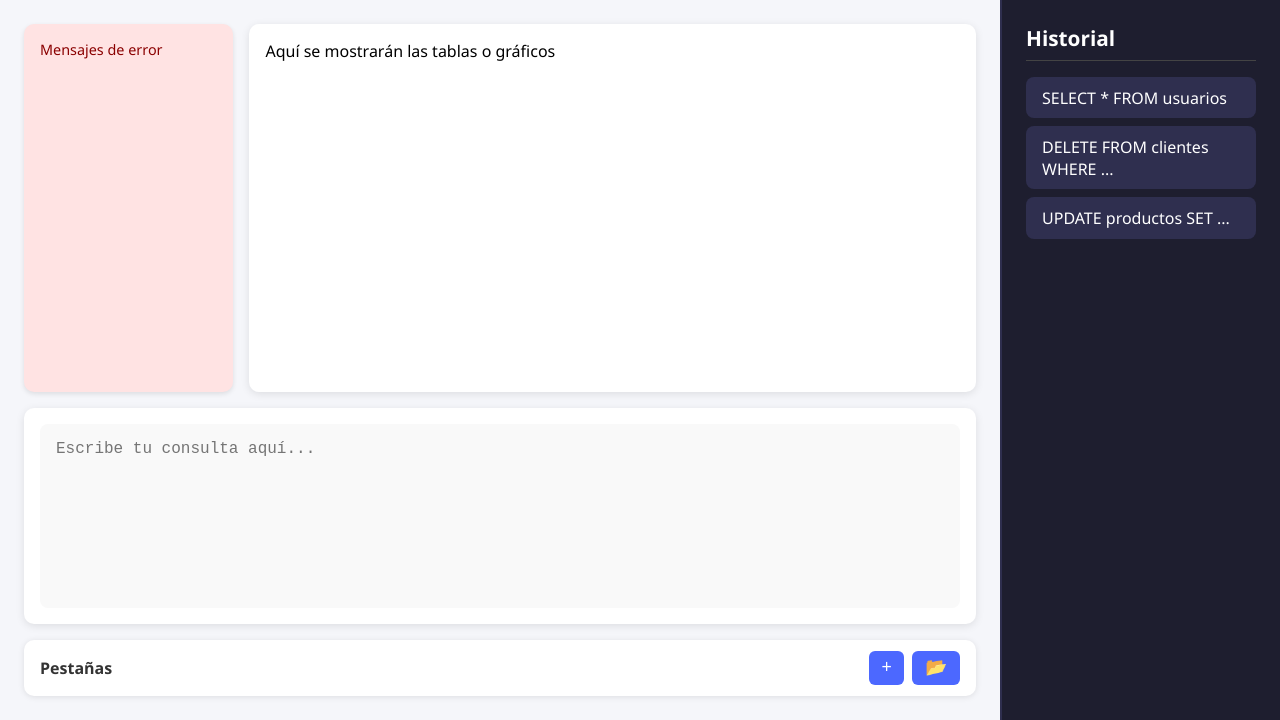
Repository: isaAJ05/Final-Project-FullDB
Page: /
The author's editor kept a copy of each file at every save. The page is drawn from the files as they stood at one save, then again after the next save.
The browser window is 1280 px wide. The pictures show the whole page.
The project was rebuilt for these pictures with package versions that can differ from the ones it lists, and the page was loaded fresh each time.

Above is the page before, as saved 2025-05-28 02:22:35.

### src/App.js
import './App.css';

function App() {
  return (
    <div className="app-container">
      {/* Panel principal */}
      <div className="main-content">

        {/* Zona superior (Errores + Resultado) */}
        <div className="top-section">
          <div className="errors-panel">Mensajes de error</div>
          <div className="results-panel">Aquí se mostrarán las tablas o gráficos</div>
        </div>

        {/* Input de query */}
        <div className="query-input">
          <textarea placeholder="Escribe tu consulta aquí..." />
        </div>

        {/* Pestañas y botones */}
        <div className="tab-bar">
          <div className="tabs">Pestañas</div>
          <div className="buttons">
            <button>+</button>
            <button>📂</button>
          </div>
        </div>
      </div>

      {/* Menú lateral derecho */}
      <div className="side-menu">
        <h3>Historial</h3>
        <ul>
          <li>SELECT * FROM usuarios</li>
          <li>DELETE FROM clientes WHERE ...</li>
          <li>UPDATE productos SET ...</li>
        </ul>
      </div>
    </div>
  );
}

export default App;

### src/App.css
/* Reset y configuración base */
* {
  margin: 0;
  padding: 0;
  box-sizing: border-box;
}

body, html, #root {
  height: 100%;
  font-family: 'Segoe UI', Tahoma, Geneva, Verdana, sans-serif;
  background-color: #f5f6fa;
  overflow: hidden;
}

.app-container {
  display: flex;
  height: 100vh;
  width: 100vw;
}

/* ======= Menú lateral derecho (Historial) ======= */
.side-menu {
  width: 280px;
  background-color: #1e1e2f;
  color: white;
  padding: 1.5rem;
  display: flex;
  flex-direction: column;
  border-left: 2px solid #2f2f4f;
}

.side-menu h3 {
  margin-bottom: 1rem;
  font-size: 1.3rem;
  border-bottom: 1px solid #444;
  padding-bottom: 0.5rem;
}

.side-menu ul {
  list-style: none;
  padding: 0;
  flex-grow: 1;
  overflow-y: auto;
}

.side-menu li {
  padding: 0.6rem 1rem;
  margin-bottom: 0.5rem;
  background-color: #2f2f4f;
  border-radius: 8px;
  cursor: pointer;
  transition: background 0.2s ease;
}

.side-menu li:hover {
  background-color: #3f3f6b;
}

/* ======= Contenido Principal ======= */
.main-content {
  flex: 1;
  display: flex;
  flex-direction: column;
  padding: 1.5rem;
  gap: 1rem;
  overflow: hidden;
}

/* Parte superior: errores y resultados */
.top-section {
  display: flex;
  flex: 2;
  gap: 1rem;
  min-height: 40%;
}

/* Panel de errores */
.errors-panel {
  width: 22%;
  background-color: #ffe3e3;
  color: #8b0000;
  padding: 1rem;
  border-radius: 10px;
  box-shadow: 0 2px 5px rgba(0,0,0,0.1);
  font-size: 0.9rem;
  overflow-y: auto;
}

/* Panel de resultados (tablas/gráficas) */
.results-panel {
  flex: 1;
  background-color: white;
  padding: 1rem;
  border-radius: 10px;
  box-shadow: 0 2px 8px rgba(0,0,0,0.1);
  overflow-y: auto;
}

/* Área de input (querys) */
.query-input {
  flex: 1;
  background-color: white;
  padding: 1rem;
  border-radius: 10px;
  box-shadow: 0 2px 8px rgba(0,0,0,0.1);
}

.query-input textarea {
  width: 100%;
  height: 100%;
  border: none;
  outline: none;
  resize: none;
  font-size: 1rem;
  font-family: 'Courier New', Courier, monospace;
  color: #333;
  background-color: #f9f9f9;
  padding: 1rem;
  border-radius: 8px;
}

/* Pestañas y controles */
.tab-bar {
  display: flex;
  justify-content: space-between;
  align-items: center;
  background-color: white;
  padding: 0.7rem 1rem;
  border-radius: 10px;
  box-shadow: 0 1px 6px rgba(0,0,0,0.1);
}

.tabs {
  font-weight: 600;
  color: #333;
}

.buttons button {
  background-color: #4c68ff;
  border: none;
  color: white;
  font-size: 1.1rem;
  padding: 0.4rem 0.8rem;
  margin-left: 0.5rem;
  border-radius: 6px;
  cursor: pointer;
  transition: background 0.2s ease;
}

.buttons button:hover {
  background-color: #3548d4;
}

Loaded but not shown: public/index.html (common file); src/index.js (common file); src/index.css (common file); src/reportWebVitals.js (common file)

After the next save:
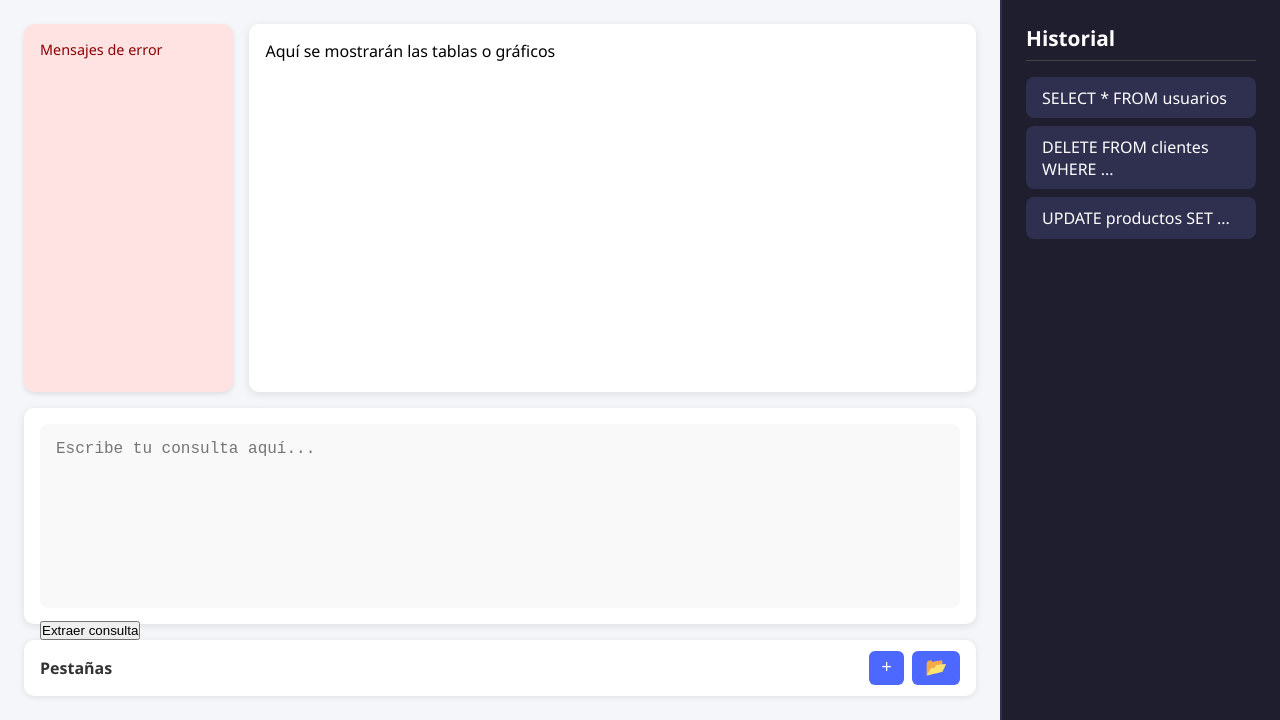
Saved 14 min 23 s later.
--- a/src/App.js
+++ b/src/App.js
@@ -1,6 +1,15 @@
+import React, { useState } from 'react';
 import './App.css';
 
 function App() {
+  // Estado para el contenido del textarea
+  const [query, setQuery] = useState('');
+
+  // Función para extraer el contenido
+  const handleExtract = () => {
+    alert(query); // Puedes cambiar esto por console.log(query) o lo que necesites
+  };
+
   return (
     <div className="app-container">
       {/* Panel principal */}
@@ -14,7 +23,15 @@ function App() {
 
         {/* Input de query */}
         <div className="query-input">
-          <textarea placeholder="Escribe tu consulta aquí..." />
+          <textarea
+            placeholder="Escribe tu consulta aquí..."
+            value={query}
+            onChange={e => setQuery(e.target.value)}
+          />
+          {/* Botón para extraer el contenido */}
+          <button onClick={handleExtract} style={{ marginTop: '8px' }}>
+            Extraer consulta
+          </button>
         </div>
 
         {/* Pestañas y botones */}
